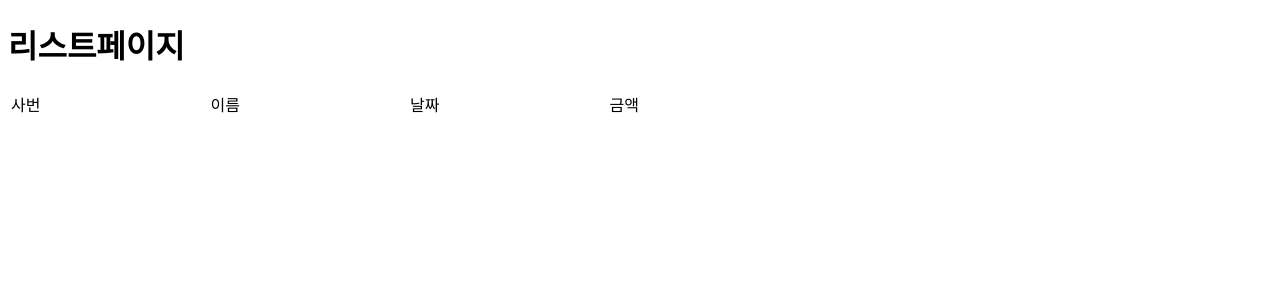
Repository: Lee-seongBeom/bitclass
Page: http://localhost/web09/emp/list.jsp?title=emp/add
These files come from the project's save history. The page is drawn as it stood at one moment and after the next save; the edit follows.
The browser window is 1280 px wide. The pictures show the whole page.
The page is served by Tomcat 9. Other server files are loaded and not shown.

Above is the page before, as saved 2020-07-08 01:46:54.

### web/web09/WebContent/emp/list.jsp
<%@ page language="java" contentType="text/html; charset=EUC-KR"
    pageEncoding="EUC-KR"%>
<!DOCTYPE html PUBLIC "-//W3C//DTD HTML 4.01 Transitional//EN" "http://www.w3.org/TR/html4/loose.dtd">
<html>
<head>
<meta http-equiv="Content-Type" content="text/html; charset=EUC-KR">
<title>Insert title here</title>
</head>
<body>
	<h1>리스트페이지</h1>
	<table width="800">
		<tr>
			<td>사번</td>
			<td>이름</td>
			<td>날짜</td>
			<td>금액</td>
		</tr>
		<%
		for(int i=0;i<5;i++){


		%>
		<tr>
			<td></td>
			<td></td>
			<td></td>
			<td></td>
		</tr>
		<%
		}

		%>

	</table>
</body>
</html>

After the next save:
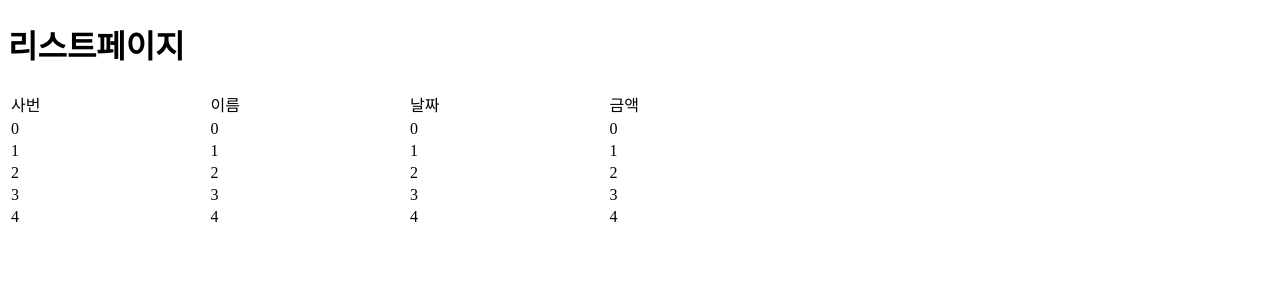
Saved 13 s later.
--- a/web/web09/WebContent/emp/list.jsp
+++ b/web/web09/WebContent/emp/list.jsp
@@ -18,13 +18,12 @@
 		<%
 		for(int i=0;i<5;i++){
 
-
 		%>
 		<tr>
-			<td></td>
-			<td></td>
-			<td></td>
-			<td></td>
+			<td><%=i %></td>
+			<td><%=i %></td>
+			<td><%=i %></td>
+			<td><%=i %></td>
 		</tr>
 		<%
 		}
